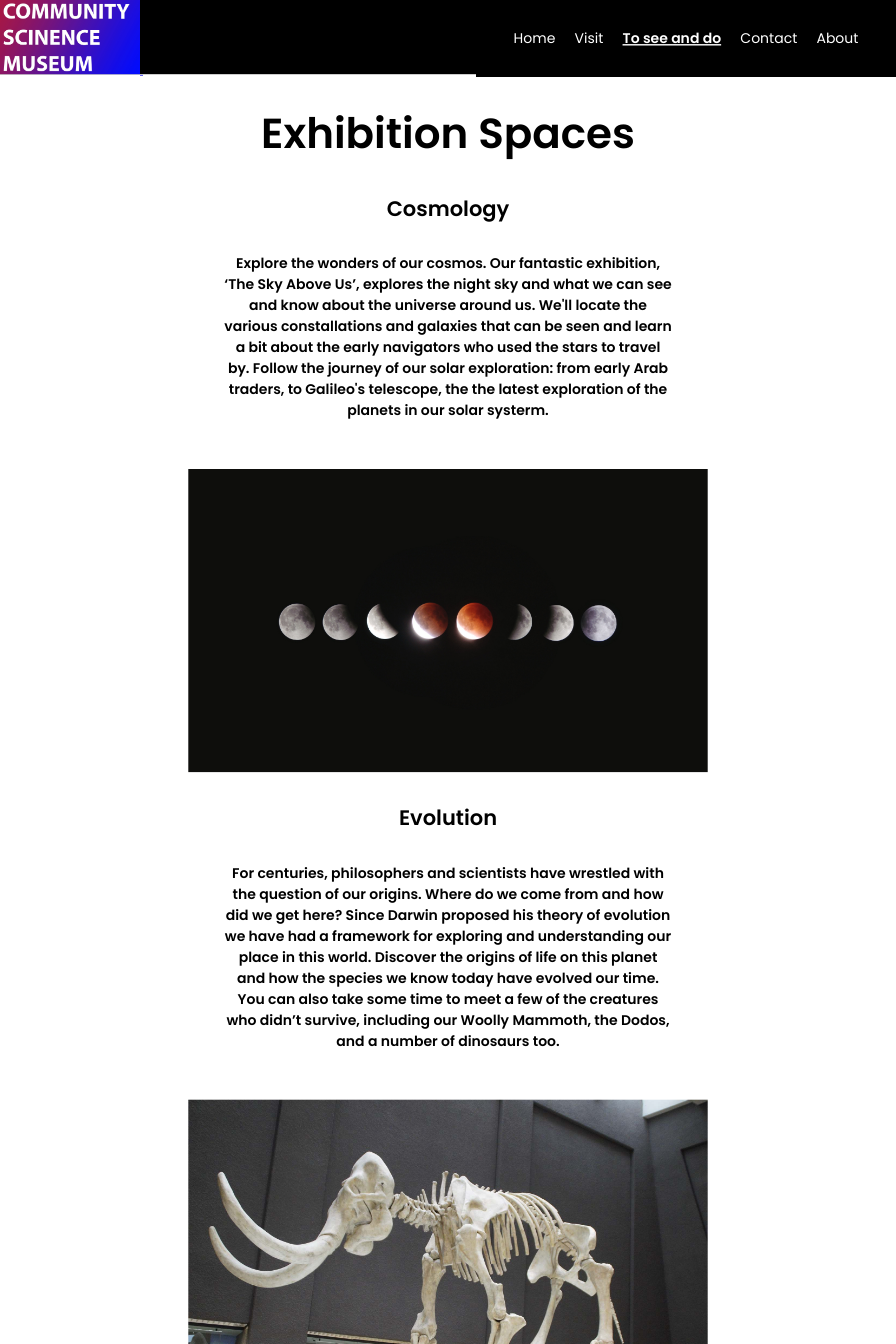
Repository: EpleWasTaken/Semester-Project
Page: to-see-and-do.html
These files come from the project's save history. The page is drawn as it stood at one moment and after the next save; the edit follows.
The browser window is 1280 px wide. The pictures show the part of the page from y = 0 to 1920 px (the page is 5265 px tall), at 70% of full size.
Some web libraries are served in a nearby version.

Above is the page before, as saved 2020-12-12 13:00:57.

### to-see-and-do.html
<!DOCTYPE html>
<html lang="en">
<head>
    <meta charset="UTF-8">
    <meta name="viewport" content="width=device-width, initial-scale=1.0">
    <meta name="keywords" content="museum, science museum, community museum">
    <meta name="author" content="Erlend Molvik Svanevik">
    <title>CMS Contact</title>

    <link rel="preconnect" href="https://fonts.gstatic.com">
    <link href="https://fonts.googleapis.com/css2?family=Poppins:ital,wght@0,100;0,200;0,300;0,400;0,500;0,600;1,100;1,200;1,300;1,400;1,500;1,600&display=swap" rel="stylesheet">
    <link rel="stylesheet" href="./css/styles.css">
    <link rel="stylesheet" href="./css/footer.css">
    <link rel="stylesheet" href="/css/hamburger.css">
    <script src="https://kit.fontawesome.com/cafca22d75.js" crossorigin="anonymous"></script>
</head>


<!--NAVIGAION, LOGO AND SEARCH BAR-->


<body>
    <header>
        <a href="index.html" aria-label="Go to frontpage">
            <img src="/Images/CommunityScienceMuseum.jpg" class="logo" alt="Community Science Museum logo">
        </a>
        <label class="hamburger-label" for="hamburger-menu" aria-label="Hamburger menu for navigation"><i class="fas fa-bars fa-2x"></i></label>
        <input type="checkbox" id="hamburger-menu">
        <nav>
            <ul class="nav">
                <li><a href="index.html" aria-label="Go to home page">Home</a></li>
                <li><a href="visit.html" aria-label="Go to the visit page">Visit</a></li>
                <li><a href="to-see-and-do.html" aria-label="Go to: To see and do" class="active">To see and do</a></li>
                <li><a href="contact.html" aria-label="Go to the contact page">Contact</a></li>
                <li><a href="about.html" aria-label="Go to the about page">About</a></li>
            </ul>
        </nav>
    </header>


<!--CONTENT-->


<main>
    <div class="exhibition-container">
        <div class="exhibition-text">
            <h1>Exhibition Spaces</h1>
        </div>
        <div>
            <h3>Cosmology</h3>
            <p>Explore the wonders of our cosmos. Our fantastic exhibition, ‘The Sky Above Us’, explores the night sky and what we can see and know about the universe around us. We'll locate the various constallations and galaxies that can be seen and learn a bit about the early navigators who used the stars to travel by. Follow the journey of our solar exploration: from early Arab traders, to Galileo's telescope, the the latest exploration of the planets in our solar systerm.</p>
            <img src="./Images/200kbspace.jpg" class="space">
        </div>
        <div>
            <h3>Evolution</h3>
            <p>For centuries, philosophers and scientists have wrestled with the question of our origins.
             Where do we come from and how did we get here? Since Darwin proposed his theory of evolution we have had a framework for exploring and understanding our place in this world.
             Discover the origins of life on this planet and how the species we know today have evolved our time.
             You can also take some time to meet a few of the creatures who didn’t survive, including our Woolly Mammoth, the Dodos, and a number of dinosaurs too.
            </p>
            <img src="/Images/mammoth200kb.jpg" class="mammoth">
        </div>
        <div>
            <h3>Biology and Medecine</h3>
            <p>From micro-organisms to the human body, major breakthroughs in biology are offering us unique insights into the great wonders of the tiny world.
               For many people their life expectancy is much longer and their quality of life much improved, thanks to the growth of our understanding of medicine.
               Over a series of exhibits we explore the history of medicine and take a look at some major breakthroughs including the discovery of penicillin and the first heart transplant.
               Many of our great medicinal discoveries have come not only from the lab, but also from observing animals in the wild. Often our fellow creatures have beat us to it.
            </p>
            <img src="/Images/people-219985_1280.jpg" class="people">
        </div>
        <div>
            <h3>Robotic and AI</h3>
            <p>The information revolution is here and robotics and artificial intellegence are the science of the future.
                From useful hime applications of AI to industrial uses of robotics, the future is here.
                You can even say hello ad shake the hand of Rob the Robot.
            </p>
            <img src="Images/scientific_2040795_1280-mJKYungs200kb.jpg" class="science">
        </div>
        <div class="ant2">
            <h3>Ecology</h3>
            <p>As we learn more and more of the impact humans are having on the planet, the more important it becomes that scientists explore how to create a sustainable future not just for humans but for the whole planet.
               In our ecology section of the museum, we unpack the dangers we currently face including global warming, extinction of species, and pollution. But we also focus on the positive ways we can all contribute to a brighter future.
            </p>
            <img src="/Images/ant200kb.jpg" class="ant">
        </div>
    </div>
</main>


<!--FOOTER, TOS/LEGAL/PRIVACY-POLICY AND SOCIALS-->


    <footer class="footer">
        <div class="footer-container">
            <ul class="footer-social">
                <li>
                    <a href="#0" class="facebook"><i class="fab fa-facebook"></i></a>
                </li>
                <li>
                    <a href="#0" class="twitter"><i class="fab fa-twitter"></i></a>
                </li>
                <li>
                    <a href="#0" class="youtube"><i class="fab fa-youtube"></i></a>
                </li>
            </ul>
        </div>
        <div class="footer-container">
            <div class="footer-legal">
                <a href="#0">Legal</a>
                <a href="#0">Privacy Policy</a>
                <a href="#0">Terms of Service</a>
            </div>
            <div class="footer-copyright">
                <p>&copy; Erlend Svanevik. All rights reserved. All trademarks and registerd trademarks are the property of
                   their respective owners.</p>
            </div>
        </div>
    </footer>
</body>
</html>

### css/styles.css
* {
	margin: 0px;
	padding: 0px;
	box-sizing: border-box;
}

body {
	font-family: 'poppins', sans-serif;
	background: white;
}

nav {
	background-color: black;
}

header {
	background: black;
	height: 53.13px;
}

.logo {
	max-width: 100px;
}

a.fas.fa-phone,
a.fas.fa-envelope {
	display: flex;
	justify-content: center;
	align-items: center;
	font-size: 30px;
}

.contact-form {
	display: flex;
	flex-direction: column;
	justify-content: center;
	align-items: center;
	margin: auto;
}

.email {
	display: flex;
}

/* NAVIGATION/HAMBURGER MENU/CLICKEBLE
-------------------------------------------*/

/*PICTURES
-----------------------------------------------*/

.homepic,
.space,
.mammoth,
.people,
.science,
.ant {
	width: auto;
	max-width: 100%;
	height: auto;
	margin-bottom: 3vh;
}

/*TEXT/FONT/TEXT ALIGNMENY
--------------------------------------------------*/

h1 {
	display: flex;
	align-items: center;
	justify-content: center;
	margin-left: auto;
	margin-right: auto;
	font-weight: 600;
	font-size: 30px;
	margin: 40px;
	text-align: center;
}

h2 {
	display: flex;
	align-items: center;
	justify-content: center;
	margin-left: auto;
	margin-right: auto;
	font-weight: 600;
	font-size: 25px;
	margin: 40px;
	text-align: center;
}

h3 {
	display: flex;
	align-items: center;
	justify-content: center;
	font-weight: 600;
	font-size: 20px;
	margin: 40px;
	text-align: center;
}

p {
	display: flex;
	align-items: center;
	justify-content: center;
	font-weight: 600;
	font-size: 15px;
	margin: 40px;
	max-width: 70%;
	margin-left: auto;
	margin-right: auto;
	text-align: center;
}

.open-hours p {
	margin: 20px;
	margin-left: auto;
	margin-right: auto;
	align-items: center;
	justify-content: center;
	text-align: center;
}

.contact-container {
	display: flex;
	flex-direction: row;
	align-items: center;
}

.mail {
	display: flex;
	justify-content: center;
	align-items: center;
}

/* GRID Container */
.visit {
	display: flexbox;
	flex-direction: column;
}

@media screen and (min-width: 1024px) {
	body {
		font-family: 'poppins', sans-serif;
		font-weight: 400;
	}

	header {
		height: 106.25px;
	}

	.logo {
		max-width: 200px;
	}

	.homepic {
		display: flex;
		flex-direction: column;
		justify-content: center;
		align-items: center;
		max-width: 1664px;
		margin-left: auto;
		margin-right: auto;
	}

	h1,
	h2,
	h3,
	p {
		display: flex;
		align-items: center;
		justify-content: center;
	}

	h1 {
		font-size: 60px;
		margin: 40px;
	}

	h2 {
		font-size: 40px;
		margin: 20px;
	}

	h3 {
		font-size: 30px;
		margin: 15px;
	}

	p {
		font-size: 20px;
		margin: 40px;
		max-width: 50%;
		margin-left: auto;
		margin-right: auto;
	}

	.space,
	.mammoth,
	.people,
	.science,
	.ant {
		display: flex;
		left: 0;
		right: 0;
		max-width: 800px;
		justify-content: center;
		align-items: center;
		margin: auto;
		padding: 4vh;
	}
}

### css/footer.css
/* FOOTER */

* {
	padding: 0;
	margin: 0;
	box-sizing: border-box;
}

footer {
	display: flex;
	flex-direction: column;
	justify-content: center;
	align-items: center;
	background-color: black;
	font-family: 'Poppins', sans-serif;
	font-weight: 600;
	padding: 10px;
}

.footer-container {
	display: flex;
	flex-direction: column;
	justify-content: center;
	align-items: center;
}

.footer-social {
	font-size: 35px;
}

.footer-social li a {
	color: white;
}

.footer-legal {
	display: flex;
	flex-direction: column;
	text-decoration: none;
	align-items: center;
	justify-content: center;
	font-size: 20px;
}

.footer-legal a {
	display: flex;
	text-decoration: none;
	flex-direction: row;
	padding: 15px;
}

.footer-social li a.facebook:hover {
	color: #3b5998;
}

.footer-social li a.twitter:hover {
	color: #00acee;
}

.footer-social li a.youtube:hover {
	color: #c4302b;
}

.footer-legal a {
	color: white;
}

.footer-legal a:hover {
	color: #008080;
}

.footer-copyright {
	display: flex;
	flex-direction: column;
	text-decoration: none;
	justify-content: center;
	align-items: center;
	text-align: center;
	font-size: 14px;
	color: #008080;
}

ul {
	list-style: none;
}

@media screen and (min-width: 1024px) {
	.footer-legal {
		display: flex;
		flex-direction: row;
		justify-content: center;
		align-items: center;
		font-size: 18px;
	}

	.footer-legal a {
		display: flex;
		flex-direction: row;
		justify-content: center;
		align-items: center;
		padding: 20px;
	}

	.footer-social {
		display: flex;
		flex-direction: row;
		justify-content: center;
		align-items: center;
		text-decoration: none;
	}

	.footer-container {
		text-decoration: none;
	}

	.footer-social li {
		display: flex;
		flex-direction: row;
		text-decoration: none;
		margin: 15px;
	}
}

### css/hamburger.css
* {
	margin: 0px;
	padding: 0px;
	box-sizing: border-box;
}

nav,
#hamburger-menu {
	display: none;
	z-index: 1;
}

nav ul {
	padding: 0px;
}

nav li {
	display: block;
}

ul a {
	margin: 40px;
	font-size: 20px;
}

nav a {
	text-decoration: none;
	color: white;
	display: block;
	justify-content: center;
	align-items: center;
}

.nav {
	display: block;
	position: absolute;
	justify-content: space-between;
	right: 0;
	top: 5;
	height: 100%;
	width: 100%;
	background-color: black;
	text-align: center;
}

.hamburger-label {
	color: #fff;
	padding: 10px;
	font: 1.5em;
	display: block;
	position: absolute;
	right: 0;
	top: 0px;
}

.active {
	font-weight: 600;
	text-decoration: underline;
}

#hamburger-menu:checked ~ nav {
	display: flex;
}

@media screen and (min-width: 1024px) {
	nav {
		display: inline-block;
	}

	.active {
		font-weight: 600;
		text-decoration: underline;
	}

	.hamburger-label {
		display: none;
	}

	nav ul {
		padding: 0px;
		color: #fff;
		font: 1.5em;
		display: flex;
		position: absolute;
		right: 0;
		top: 0px;
		min-width: 600px;
		align-items: center;
		padding: 40px;
	}

	nav li {
		display: block;
	}

	nav a {
		text-decoration: none;
		color: white;
		display: block;
	}

	.nav {
		display: flex;
		justify-content: space-around;
		text-decoration: none;
		background-color: black;
		height: auto;
		width: auto;
		margin: auto;
	}

	ul a {
		margin: auto;
	}
}

After the next save:
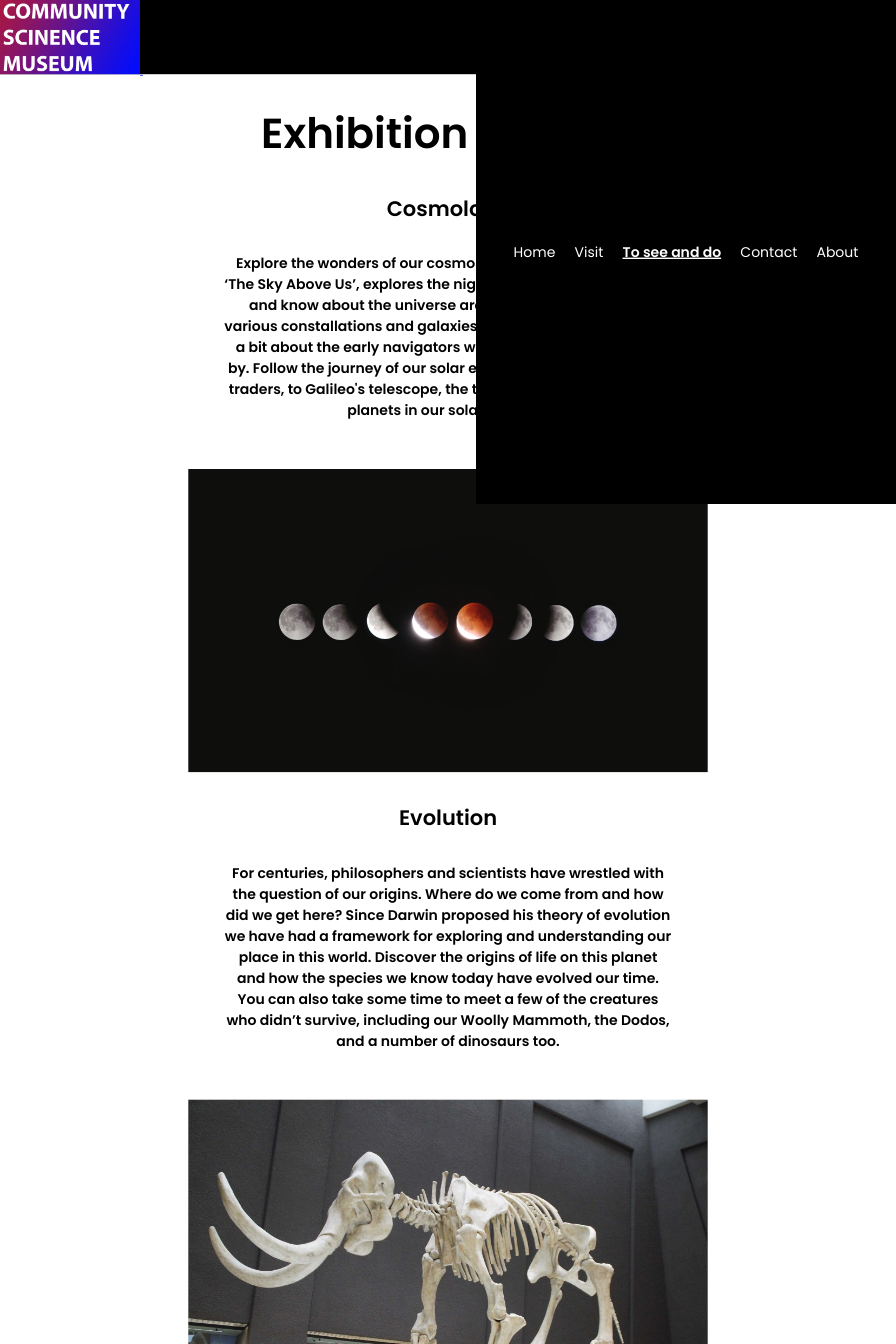
Saved 36 s later.
--- a/css/hamburger.css
+++ b/css/hamburger.css
@@ -104,7 +104,7 @@
 		justify-content: space-around;
 		text-decoration: none;
 		background-color: black;
-		height: auto;
+		height: 106.25;
 		width: auto;
 		margin: auto;
 	}

After the save that followed:
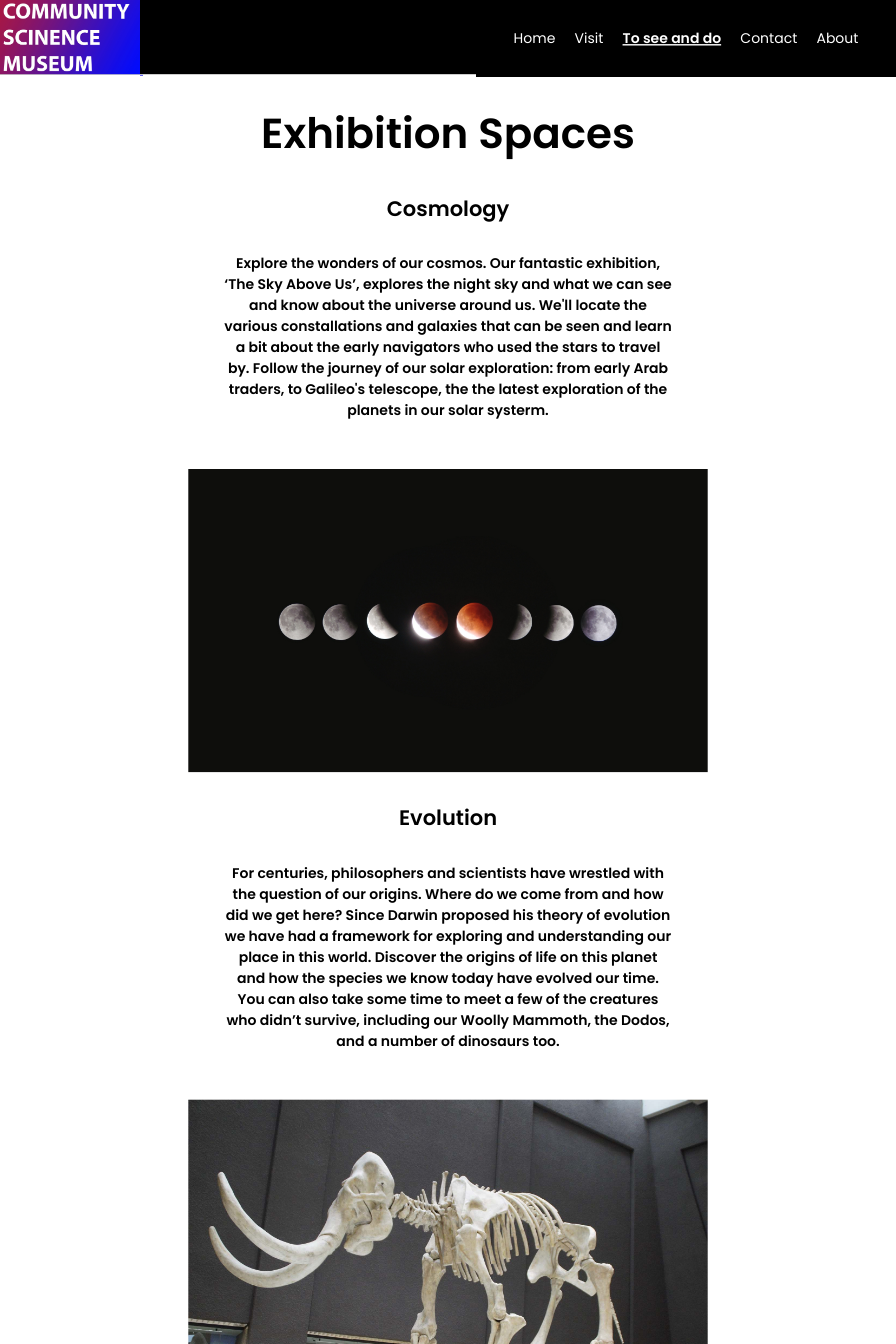
Saved 11 s later.
--- a/css/hamburger.css
+++ b/css/hamburger.css
@@ -104,7 +104,7 @@
 		justify-content: space-around;
 		text-decoration: none;
 		background-color: black;
-		height: 106.25;
+		height: auto;
 		width: auto;
 		margin: auto;
 	}
